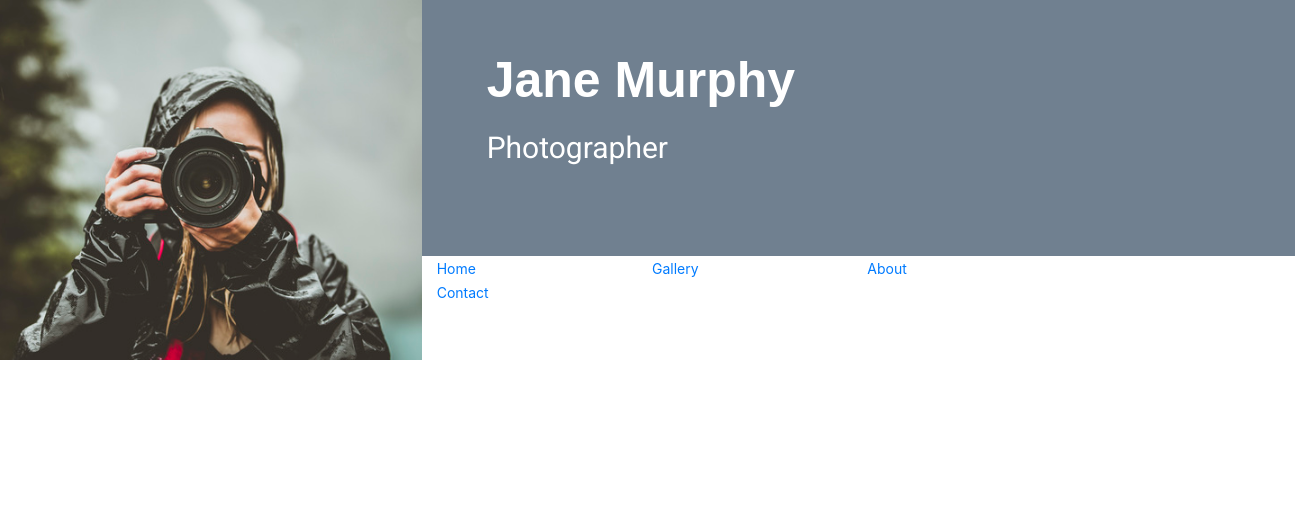
Repository: Code-Institute-Submissions/MrChrisRandall-milestone-1
Page: index.html
The author's editor kept a record of every edit. The page is drawn from the files as they stood at one moment, then again after the next edit.
The browser window is 1280 px wide. The page is 1295 px wide, so the pictures cover 1295 px, including what lies to the right of the window. The pictures show the whole page.

Above is the page before.

### index.html
<!DOCTYPE html>
<html lang="en">

<head>
    <meta charset="UTF-8">
    <meta name="viewport" content="width=device-width, initial-scale=1.0">
    <meta http-equiv="X-UA-Compatible" content="ie=edge">
    <link rel="stylesheet" href="https://stackpath.bootstrapcdn.com/bootstrap/4.3.1/css/bootstrap.min.css" type="text/css" />
    <link rel="stylesheet" href="https://stackpath.bootstrapcdn.com/font-awesome/4.7.0/css/font-awesome.min.css" type="text/css" />
    <link rel="stylesheet" href="https://cdnjs.cloudflare.com/ajax/libs/hover.css/2.3.1/css/hover-min.css" type="text/css" />
    <link rel="stylesheet" href="assets/css/style.css" type="text/css" />
    <title>Studio 21</title>
</head>

<body>
    <header>
        <div class="row">
            <a href="index.html" class="col-md-4 logo">

            </a>
            <div class="col-md-8">
                <div class="row bg-color-name-title">
                    <div class="col heading">
                        <h1 class="name">Jane Murphy</h1>
                        <h2 class="title">Photographer</h2>
                    </div>
                </div>
                <div class="row">
                    <div class="col">
                        <ul id="nav" class="list-inline">
                            <li class="col-2 col-sm-3 list-inline-item">
                                <a href="#"><span>Home</span></a>
                            </li>
                            <li class="col-2 col-sm-3 list-inline-item">
                                <a href="#"><span>Gallery</span></a>
                            </li>
                            <li class="col-2 col-sm-3 list-inline-item">
                                <a href="#"><span>About</span></a>
                            </li>
                            <li class="col-2 col-sm-3 list-inline-item">
                                <a href="#"><span>Contact</span></a>
                            </li>
                        </ul>
                    </div>
                </div>

            </div>
        </div>

    </header>

    <section>

    </section>

    <footer>

    </footer>

</body>

</html>

### assets/css/style.css
@import url('https://fonts.googleapis.com/css?family=Roboto&display=swap:100,200,300,400,500,600,700|Exo:100,200,300,400,500,600,700');


/*--------------------------------------------------Colors*/

.bg-color-name-title {
    background-color: #708090;
}

.ui-menu-color-home {
    background-color: #525252;
}

.ui-menu-color-gallery {
    background-color: #525252;
}

.ui-menu-color-about {
    background-color: #525252;
}

.ui-menu-color-contact {
    background-color: #525252;
}

/*--------------------------------------------------Header*/

.header {
    margin: 0;
}

.heading {
    margin-left: 50px;
}

.logo {
    background: url(../images/pic.jpg);
    background-position: center;
    background-repeat: no-repeat;
    background-size: cover;
    min-height: 360px;
    transition: all .5s ease-in-out;
    -moz-transition: all .5s ease-in-out;
    -webkit-transition: all .5s ease-in-out;
}

.name {
    font-family: "Exo", sans-serif;
    font-weight: 600;
    font-size: 50px;
    margin-top: 50px;
    color: #fff;
}

.title {
    font-family: "Roboto", sans-serif;
    font-weight: 400;
    font-size: 30px;
    margin-top: 20px;
    margin-bottom: 90px;
    color: #fff;
}

.list-inline-item:not(:last-child) {
    margin: 0;
}

.menucontainer {
    font-size: 0;
}

#nav {
    margin: 0;
}

#nav li {
    font-size: 14px;
    padding: 0;
}

.menuitem {
    height: 120px;
    text-align: center;
    padding: 0;
}

.menuitem a {
    width: 100%;
    text-decoration: none;
    color: #fff;
    height: 120px;
}

.menuitem span {
    display: block;
    width: 100%;
    padding-top: 40px;
    text-align: center;
    text-transform: uppercase;
    font-size: 20px;
    font-weight: 600;
    letter-spacing: 2px;
}

After the next edit:
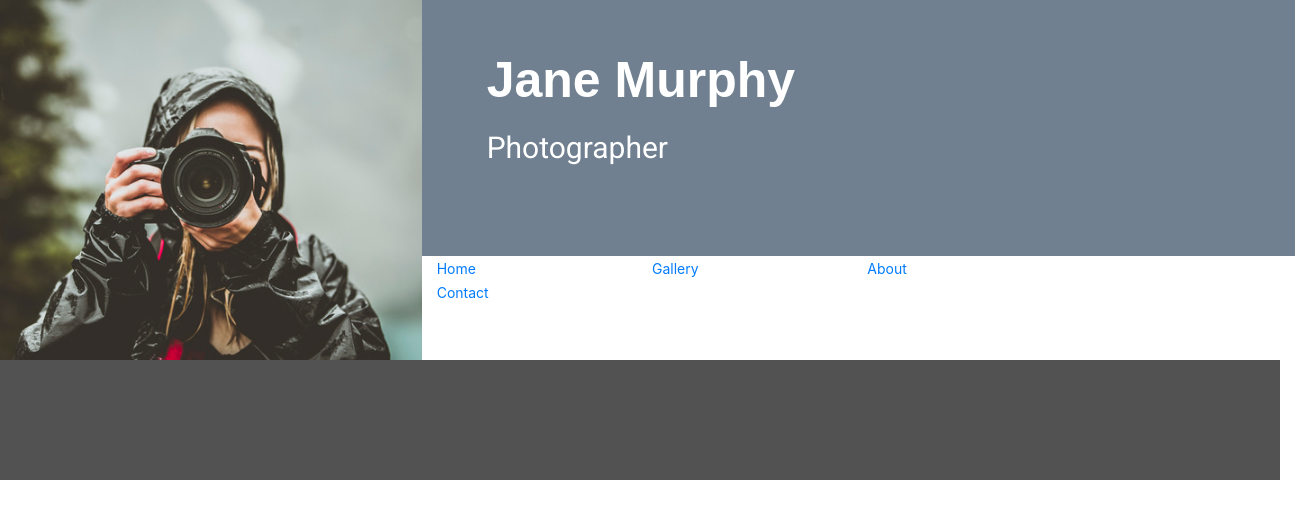
The edit:
--- a/assets/css/style.css
+++ b/assets/css/style.css
@@ -101,3 +101,55 @@
     font-weight: 600;
     letter-spacing: 2px;
 }
+
+/*--------------------------------------------------Footer*/
+
+footer {
+    background-color: #525252;
+    color: #fafafa;
+    min-height: 120px;
+    margin: 0;
+}
+
+.cv-pdf i {
+    font-size: 18px;
+    color: #fafafa;
+    text-align: center;
+    padding-left: 5px;
+    transition: all 0.35s ease-in-out;
+    -moz-transition: all 0.35s ease-in-out;
+    -webkit-transition: all 0.35s ease-in-out;
+    -o-transition: all 0.35s ease-in-out;
+}
+
+.cv-pdf i:hover {
+    color: #525252;
+}
+
+.social-links {
+    padding-bottom: 15px;
+}
+
+.social-links li a i {
+    width: 32px;
+    height: 32px;
+    padding: 12px 0;
+    border-radius: 50%;
+    font-size: 13px;
+    line-height: 7px;
+    text-align: center;
+    color: #fafafa;
+    background: #8f8f8f;
+    transition: all 0.35s ease-in-out;
+    -moz-transition: all 0.35s ease-in-out;
+    -webkit-transition: all 0.35s ease-in-out;
+    -o-transition: all 0.35s ease-in-out;
+}
+
+.social-links li a i:hover {
+    background: #e84610;
+}
+
+#footer-details {
+    padding: 20px;
+}
